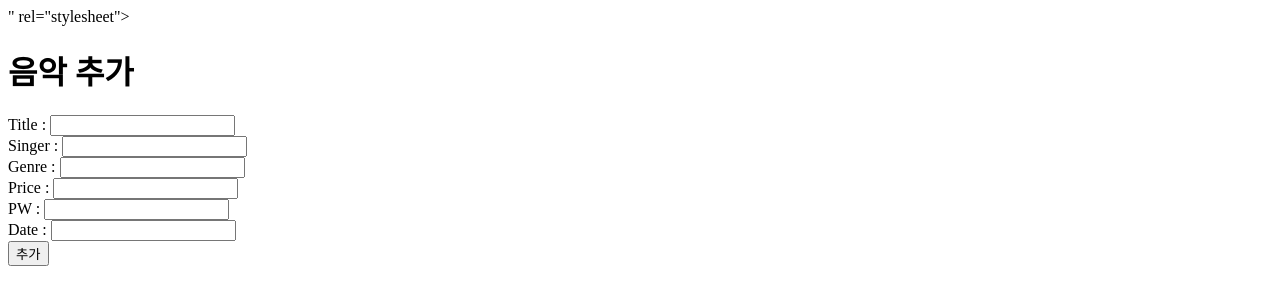
Repository: gimyoni/Music
Page: http://localhost/Music/WEB-INF/views/add.jsp
The author's editor kept a copy of each file at every save. The page is drawn from the files as they stood at one save, then again after the next save.
The browser window is 1280 px wide. The pictures show the whole page.
The page is served by Tomcat 9. Nobody is signed in. Other server files are loaded and not shown. The template is opened directly, without the code that normally fills it, so the values that code supplies are empty.

Above is the page before, as saved 2021-07-15 03:00:32.

### Music/src/main/webapp/WEB-INF/views/add.jsp
<%@ page language="java" contentType="text/html; charset=UTF-8"
    pageEncoding="UTF-8"%>

<!DOCTYPE html>
<link href="<c:url value="/resources/css/add.css" />" rel="stylesheet">
<html>
<head>
<meta charset="UTF-8">
<title>Insert title here</title>
</head>
<body>
	<h1>음악 추가</h1>
	<form method="post" action="/add_result" class = "menus">
		Title  : <input type="text" name="song_title"><br>
		Singer : <input type="text" name="song_singer"><br>
		Genre  : <input type="text" name="song_genre"><br>
		Price  : <input type="text" name="song_price"><br>
		PW     : <input type="password" name="song_passwd"><br>
		Date   : <input type="text" name="song_date"><br>
		<button type="submit">추가</button>
	</form>
</body>
</html>

After the next save:
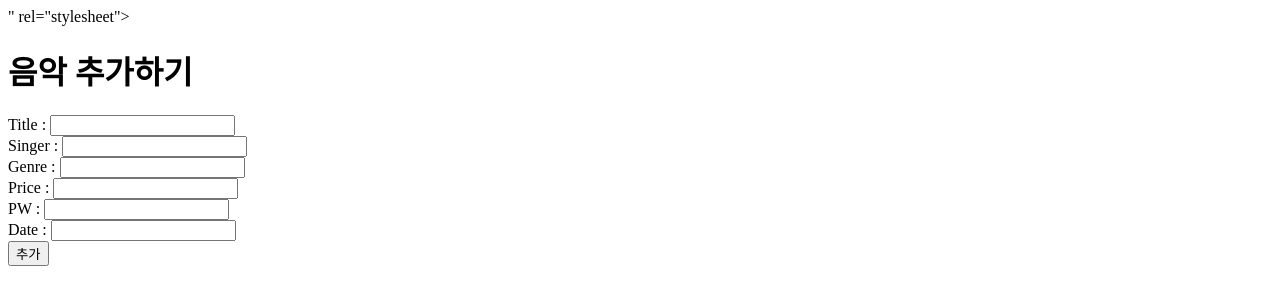
Saved 9 s later.
--- a/Music/src/main/webapp/WEB-INF/views/add.jsp
+++ b/Music/src/main/webapp/WEB-INF/views/add.jsp
@@ -2,14 +2,14 @@
     pageEncoding="UTF-8"%>
 
 <!DOCTYPE html>
-<link href="<c:url value="/resources/css/add.css" />" rel="stylesheet">
 <html>
 <head>
 <meta charset="UTF-8">
-<title>Insert title here</title>
+<title>음악 추가하기</title>
+<link href="<c:url value="/resources/css/add.css" />" rel="stylesheet">
 </head>
 <body>
-	<h1>음악 추가</h1>
+	<h1>음악 추가하기</h1>
 	<form method="post" action="/add_result" class = "menus">
 		Title  : <input type="text" name="song_title"><br>
 		Singer : <input type="text" name="song_singer"><br>
